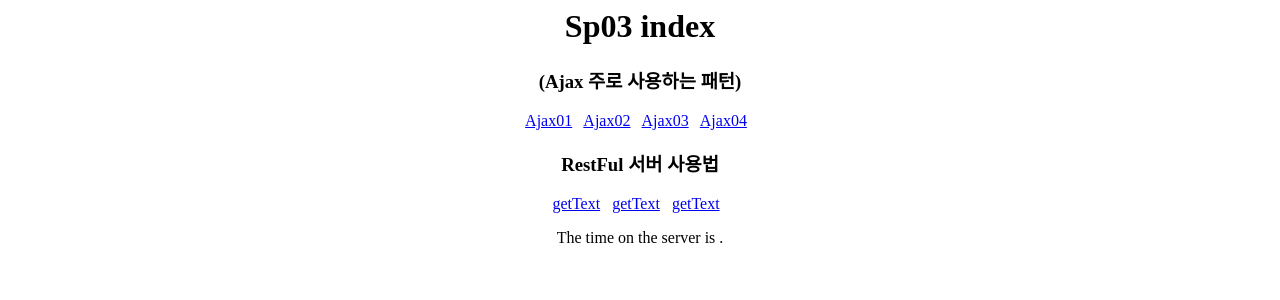
Repository: betweenhj702/Spring-practice-in-bit
Page: http://localhost/Sp03/WEB-INF/views/index.jsp
These files come from the project's save history. The page is drawn as it stood at one moment and after the next save; the edit follows.
The browser window is 1280 px wide. The pictures show the whole page.
The page is served by Tomcat 9. Nobody is signed in. The template is opened directly, without the code that normally fills it, so the values that code supplies are empty.

Above is the page before, as saved 2021-01-25 07:21:43.

After the next save:
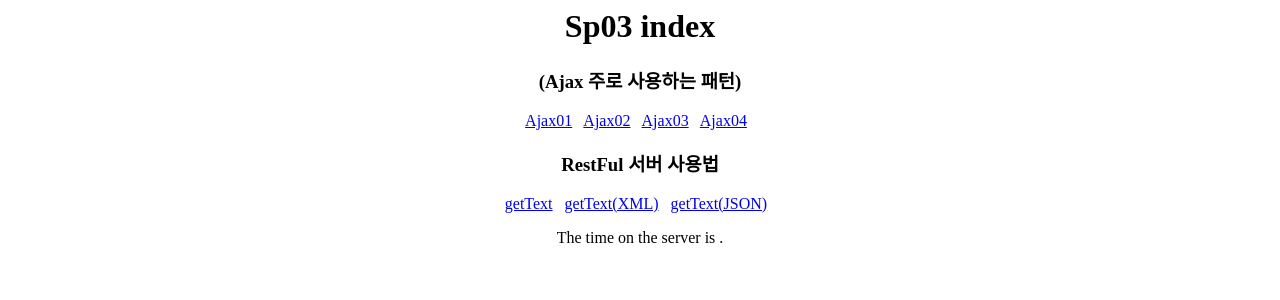
Saved 25 s later.
--- a/workspace/Sp03/src/main/webapp/WEB-INF/views/index.jsp
+++ b/workspace/Sp03/src/main/webapp/WEB-INF/views/index.jsp
@@ -17,8 +17,8 @@
 		   <p>
 		   		<h3>RestFul 서버 사용법</h3>
 		   		<a href="rest/getText">getText</a>&nbsp;&nbsp;
-		   		<a href="rest/getAddress">getText</a>&nbsp;&nbsp;
-		   		<a href="rest/getAddress.json">getText</a>&nbsp;&nbsp;
+		   		<a href="rest/getAddress">getText(XML)</a>&nbsp;&nbsp;
+		   		<a href="rest/getAddress.json">getText(JSON)</a>&nbsp;&nbsp;
 		   </p>
 		   <P>  The time on the server is ${serverTime}. </P>
 		</div>
